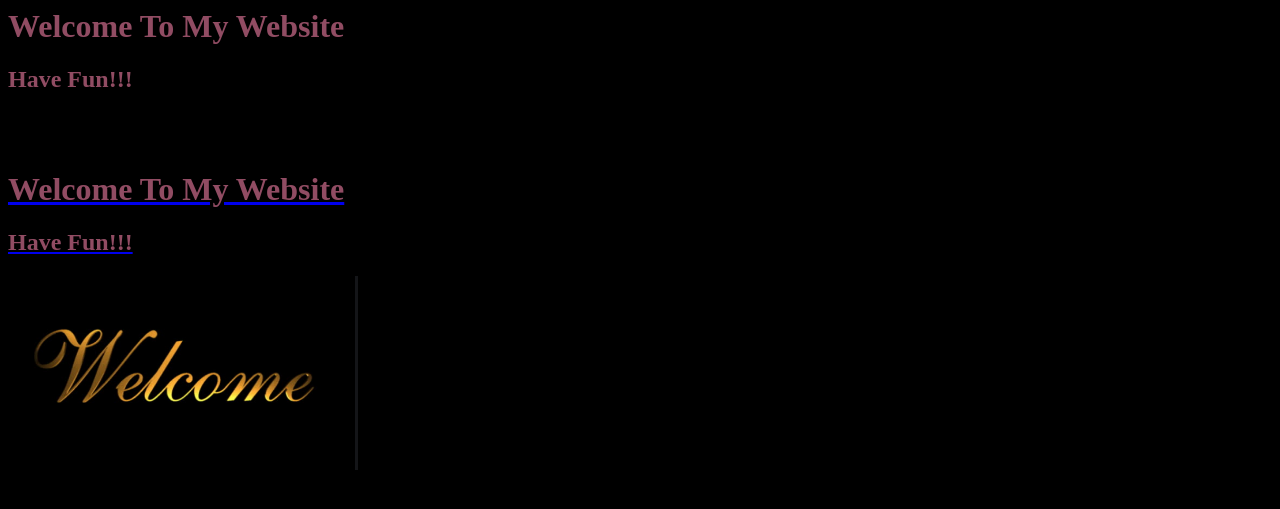
Repository: RyanGutierrez/RyanGutierrez.github.io
Page: index.html
The author's editor kept a record of every edit. The page is drawn from the files as they stood at one moment, then again after the next edit.
The browser window is 1280 px wide. The pictures show the whole page.

Above is the page before.

After the next edit:
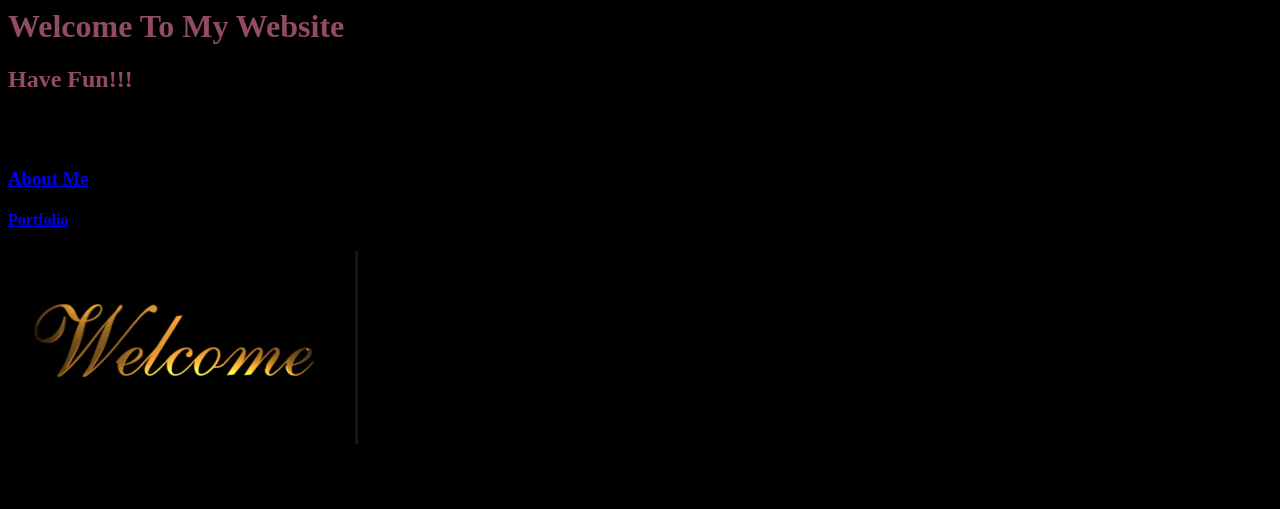
The edit:
--- a/index.html
+++ b/index.html
@@ -20,8 +20,8 @@
     <h2>Have Fun!!!</h2>
     <li><a href="about.html"</a></li>
     <li><a href="portfolio.html"</a></li>
-    <h1>Welcome To My Website</h1>
-    <h2>Have Fun!!!</h2>
+    <h3>About Me</h3>
+    <h4>Portfolio</h4>
     <img src="welcome.yeet.PNG" alt=welcome width=350px
 
 </body>
